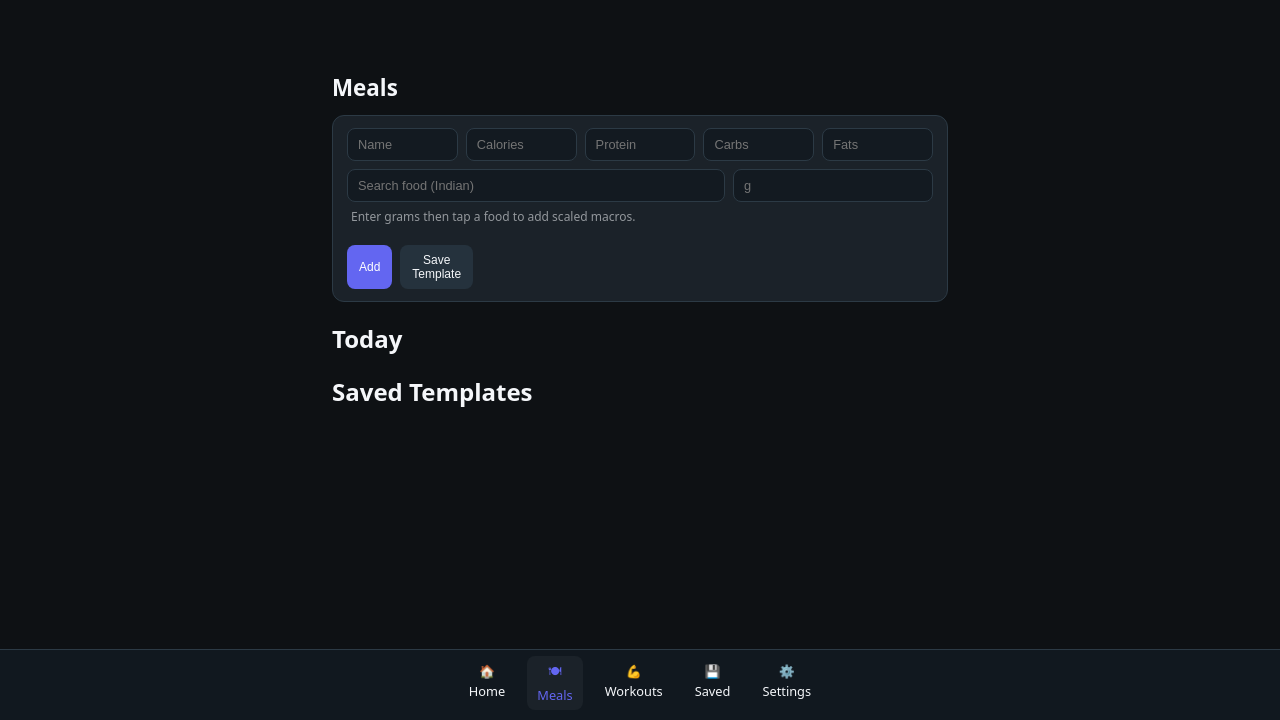
Repository: Ethxmnhz/minpline
Page: /meals
These files come from the project's save history. The page is drawn as it stood at one moment and after the next save; the edit follows.
The browser window is 1280 px wide. The pictures show the whole page.
The project was rebuilt for these pictures with package versions that can differ from the ones it lists, and the page was loaded fresh each time. Also part of the build but not shown: vite.config.ts, src/ui/ProgressBar.tsx, src/pages/Dashboard.tsx, src/pages/Workouts.tsx, src/pages/SavedMeals.tsx, src/pages/Settings.tsx.

Above is the page before, as saved 2025-09-14 22:11:55.

After the next save:
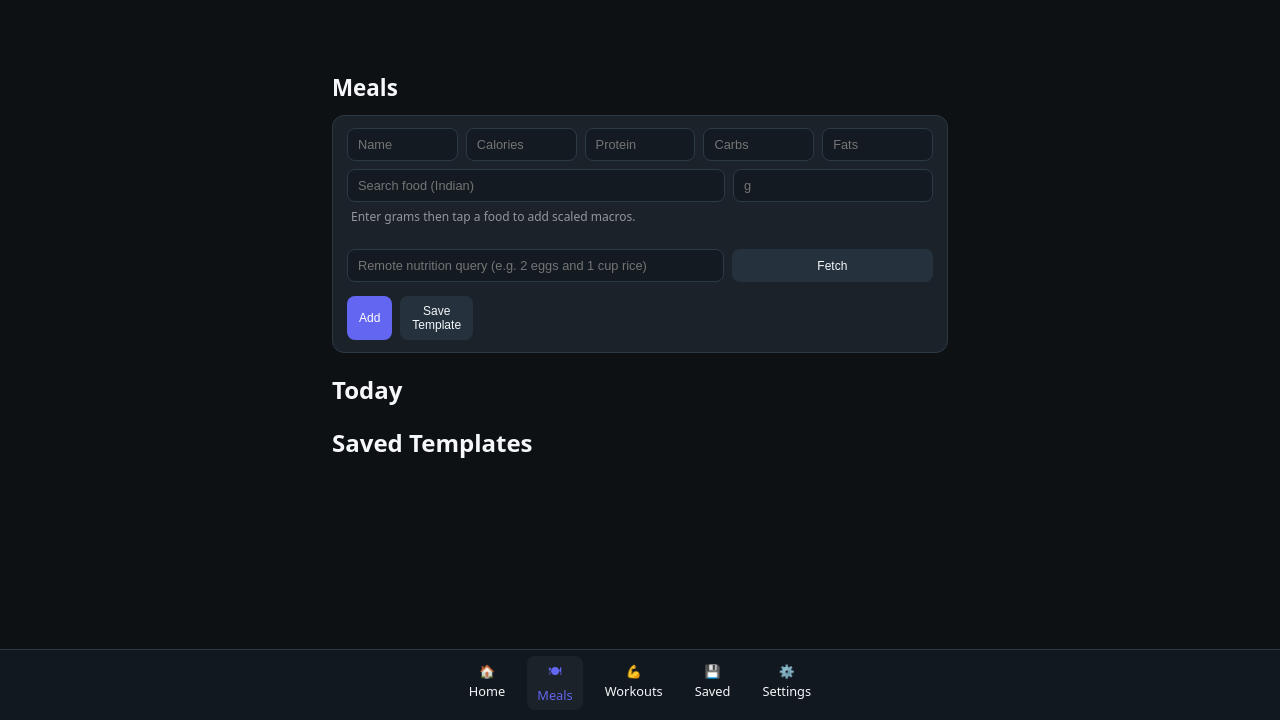
Saved 11 s later.
--- a/src/pages/Meals.tsx
+++ b/src/pages/Meals.tsx
@@ -3,6 +3,7 @@ import { useStore } from '../state/store';
 import { MealInput } from '../types';
 import { nanoid } from '../util/id';
 import { searchFoods, scaleFood, FoodItem } from '../data/foods-indian';
+import { fetchNutrition, RemoteNutritionItem } from '../services/nutritionApi';
 
 const empty: MealInput = { name: '', calories: 0, protein: 0, carbs: 0, fats: 0 };
 
@@ -16,6 +17,10 @@ export const Meals: React.FC = () => {
   const [foodQuery, setFoodQuery] = useState('');
   const [foodResults, setFoodResults] = useState<FoodItem[]>([]);
   const [grams, setGrams] = useState<number>(0);
+  const [remoteQuery, setRemoteQuery] = useState('');
+  const [remoteLoading, setRemoteLoading] = useState(false);
+  const [remoteResults, setRemoteResults] = useState<RemoteNutritionItem[]>([]);
+  const [remoteError, setRemoteError] = useState<string>('');
 
   useEffect(() => {
     if (foodQuery.trim()) {
@@ -39,6 +44,26 @@ export const Meals: React.FC = () => {
     setFoodQuery('');
     setFoodResults([]);
     setGrams(0);
+  };
+
+  const runRemoteSearch = async () => {
+    if (!remoteQuery.trim()) return;
+    setRemoteLoading(true); setRemoteError('');
+    const data = await fetchNutrition(remoteQuery.trim());
+    if (!data.length) setRemoteError('No remote results or API key missing');
+    setRemoteResults(data);
+    setRemoteLoading(false);
+  };
+
+  const applyRemote = (r: RemoteNutritionItem) => {
+    setForm((prev: MealInput) => ({
+      ...prev,
+      name: prev.name ? prev.name + ' + ' + r.name : r.name,
+      calories: (prev.calories || 0) + Math.round(r.calories),
+      protein: (prev.protein || 0) + +(r.protein_g.toFixed(1)),
+      carbs: (prev.carbs || 0) + +(r.carbohydrates_total_g.toFixed(1)),
+      fats: (prev.fats || 0) + +(r.fat_total_g.toFixed(1)),
+    }));
   };
 
   const onSubmit = (e: React.FormEvent) => {
@@ -80,6 +105,22 @@ export const Meals: React.FC = () => {
           )}
           <p className="small" style={{marginTop:4, opacity:.55}}>Enter grams then tap a food to add scaled macros.</p>
         </div>
+        <div style={{gridColumn:'1 / -1', marginTop:4}} className="remote-nutrition-block">
+          <div className="row gap" style={{marginBottom:6}}>
+            <input style={{flex:2}} placeholder="Remote nutrition query (e.g. 2 eggs and 1 cup rice)" value={remoteQuery} onChange={e=>setRemoteQuery(e.target.value)} />
+            <button type="button" className="btn" style={{flex:1}} onClick={runRemoteSearch} disabled={remoteLoading}>{remoteLoading? '...' : 'Fetch'}</button>
+          </div>
+          {remoteError && <div className="small" style={{color:'#f87171'}}>{remoteError}</div>}
+          {remoteResults.length>0 && (
+            <ul className="list" style={{maxHeight:140, overflowY:'auto'}}>
+              {remoteResults.map((r,i)=>(
+                <li key={i} style={{cursor:'pointer'}} onClick={()=>applyRemote(r)}>
+                  {r.name} <span className="small">{Math.round(r.calories)} kcal P{r.protein_g.toFixed(1)} C{r.carbohydrates_total_g.toFixed(1)} F{r.fat_total_g.toFixed(1)}</span>
+                </li>
+              ))}
+            </ul>
+          )}
+        </div>
         <div className="row gap">
           <button type="submit" className="btn primary" style={{flex:1}}>Add</button>
           <button type="button" className="btn" onClick={()=>{ if(form.name.trim()) { saveTemplate({ id: nanoid(), ...form }); } }}>Save Template</button>
